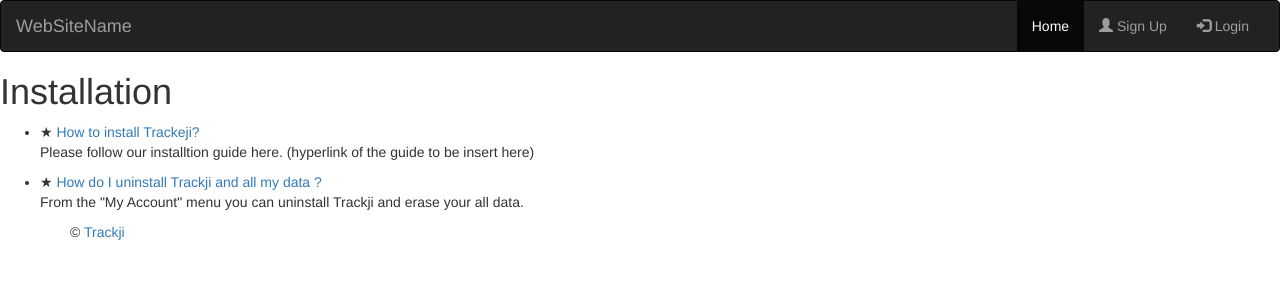
Repository: prathmeshgodbole/Web_Development
Page: Mobile_tracker/Installation.html
The author's editor kept a copy of each file at every save. The page is drawn from the files as they stood at one save, then again after the next save.
The browser window is 1280 px wide. The pictures show the whole page.

Above is the page before, as saved 2020-03-08 17:40:04.

### Mobile_tracker/Installation.html
<!DOCTYPE html>
<html lang="en">

<head>
    <title>Bootstrap Example</title>
    <meta charset="utf-8">
    <meta name="viewport" content="width=device-width, initial-scale=1">
    <link rel="stylesheet" href="https://maxcdn.bootstrapcdn.com/bootstrap/3.4.1/css/bootstrap.min.css">
    <script src="https://ajax.googleapis.com/ajax/libs/jquery/3.4.1/jquery.min.js"></script>
    <script src="https://maxcdn.bootstrapcdn.com/bootstrap/3.4.1/js/bootstrap.min.js"></script>
</head>

<body>

    <nav class="navbar navbar-inverse">
        <div class="container-fluid">
            <div class="navbar-header">
                <button type="button" class="navbar-toggle" data-toggle="collapse" data-target="#myNavbar">
        <span class="icon-bar"></span>
        <span class="icon-bar"></span>
        <span class="icon-bar"></span>
      </button>
                <a class="navbar-brand" href="#">WebSiteName</a>
            </div>
            <div class="collapse navbar-collapse" id="myNavbar">

                <ul class="nav navbar-nav navbar-right">
                    <li class="active"><a href="#">Home</a></li>
                    <li><a href="#"><span class="glyphicon glyphicon-user"></span> Sign Up</a></li>
                    <li><a href="#"><span class="glyphicon glyphicon-log-in"></span> Login</a></li>
                </ul>
            </div>
        </div>
    </nav>




    <div class="section-header">
        <h1 class="section-title">Installation</h1>
    </div>



    <ul class="article-list">

        <li class="article-promoted">
            <span data-title="Promoted article">★</span>
            <a href="">How to install Trackeji?</a>
            <p>Please follow our installtion guide here. (hyperlink of the guide to be insert here)</p>
        </li>

        <li class="article-promoted">
            <span data-title="Promoted article">★</span>
            <a href="">How do I uninstall Trackji and all my data ?</a>
            <p>From the "My Account" menu you can uninstall Trackji and erase your all data.</p>
        </li>

    </ul>

    <!--/.container-->
    <footer class="footer container">
        <div class="container-inner">
            <p class="copyright">&copy; <a href=>Trackji</a></p>
        </div>
    </footer>



</body>

</html>

After the next save:
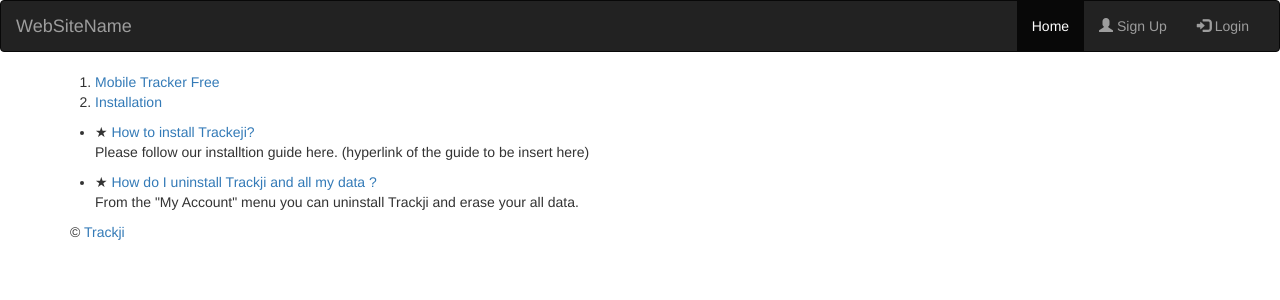
Saved 2 min 16 s later.
--- a/Mobile_tracker/Installation.html
+++ b/Mobile_tracker/Installation.html
@@ -35,35 +35,52 @@
 
 
 
+    <div class="container">
 
-    <div class="section-header">
-        <h1 class="section-title">Installation</h1>
-    </div>
+        <main role="main">
+            <div class="section">
+                <div class="row clearfix">
+                    <div class="column column--sm-8">
+                        <ol class="breadcrumbs">
+
+                            <li title="Mobile Tracker Free">
+
+                                <a href="/hc/en-us">Mobile Tracker Free</a>
+
+                            </li>
+
+                            <li title="Installation">
+
+                                <a href="/hc/en-us/sections/360001124694-Installation">Installation</a>
+
+                            </li>
+
+                        </ol>
 
 
 
-    <ul class="article-list">
+                        <ul class="article-list">
 
-        <li class="article-promoted">
-            <span data-title="Promoted article">★</span>
-            <a href="">How to install Trackeji?</a>
-            <p>Please follow our installtion guide here. (hyperlink of the guide to be insert here)</p>
-        </li>
+                            <li class="article-promoted">
+                                <span data-title="Promoted article">★</span>
+                                <a href="">How to install Trackeji?</a>
+                                <p>Please follow our installtion guide here. (hyperlink of the guide to be insert here)</p>
+                            </li>
 
-        <li class="article-promoted">
-            <span data-title="Promoted article">★</span>
-            <a href="">How do I uninstall Trackji and all my data ?</a>
-            <p>From the "My Account" menu you can uninstall Trackji and erase your all data.</p>
-        </li>
+                            <li class="article-promoted">
+                                <span data-title="Promoted article">★</span>
+                                <a href="">How do I uninstall Trackji and all my data ?</a>
+                                <p>From the "My Account" menu you can uninstall Trackji and erase your all data.</p>
+                            </li>
 
-    </ul>
+                        </ul>
 
-    <!--/.container-->
-    <footer class="footer container">
-        <div class="container-inner">
-            <p class="copyright">&copy; <a href=>Trackji</a></p>
-        </div>
-    </footer>
+                        <!--/.container-->
+                        <footer class="footer container">
+                            <div class="container-inner">
+                                <p class="copyright">&copy; <a href=>Trackji</a></p>
+                            </div>
+                        </footer>
 
 
 
